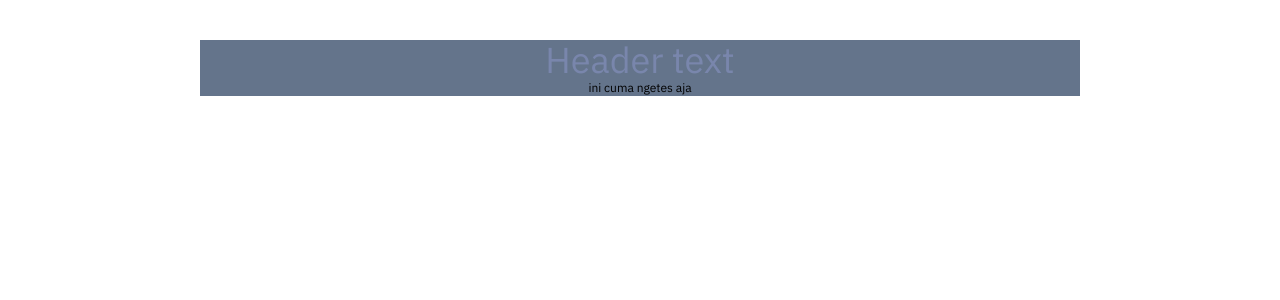
Repository: KilluaProject/image-ai
Page: /
An editor plug-in stored every save of this project. The page is shown before and after the next save, followed by the edit.
The browser window is 1280 px wide. The pictures show the whole page.
An inner scrolling area shows only its first screen. The project was rebuilt for these pictures with package versions that can differ from the ones it lists, and the page was loaded fresh each time. The framework's server and built-in components were replaced by stand-ins that run in the browser. Also part of the build but not shown: next.config.mjs.

Above is the page before, as saved 2024-06-20 13:20:14.

After the next save:
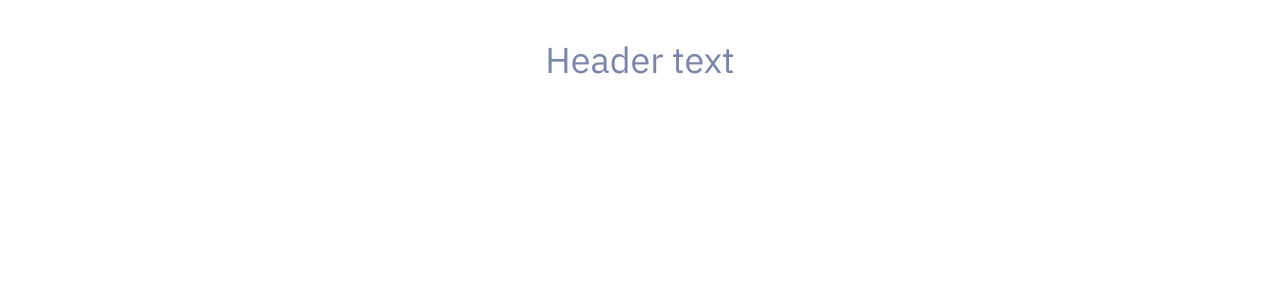
Saved 2 h 8 min later.
--- a/app/(root)/page.tsx
+++ b/app/(root)/page.tsx
@@ -4,9 +4,8 @@
   return (
     <div>
       <div className="container min-h-screen mx-auto">
-        <div className="bg-slate-500">
+        <div className="">
           <h1 className='text-4xl text-center '>Header text</h1>
-          <h2 className='text-center text-xs text-black'>ini cuma ngetes aja</h2>
         </div>
       </div>
     </div>
